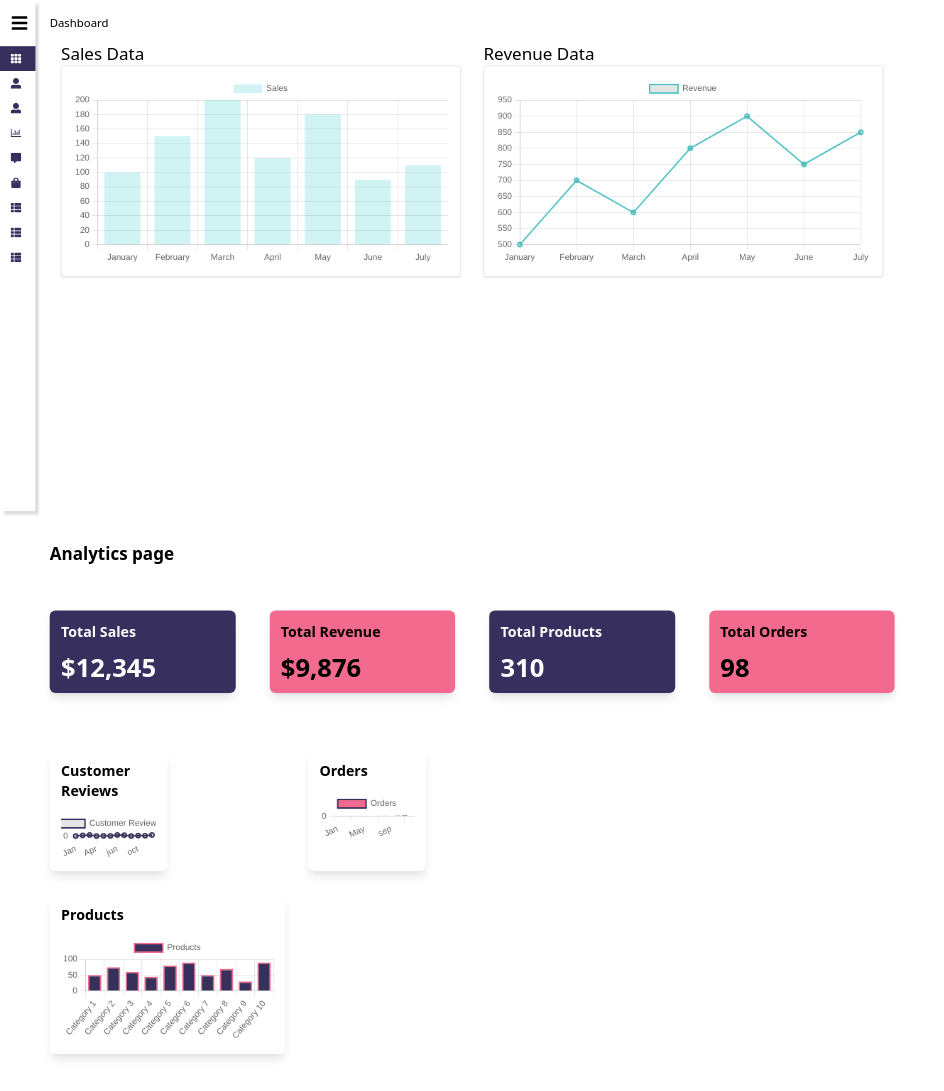
Repository: AndargWorku12/admin-dashboard
Page: /
The author's editor kept a copy of each file at every save. The page is drawn from the files as they stood at one save, then again after the next save.
The browser window is 1280 px wide. The page is 1280 px wide, then 1330 px, so the pictures cover 1330 px, including what lies to the right of the window. The pictures show the whole page, at 71% of full size.
The project was rebuilt for these pictures with package versions that can differ from the ones it lists, and the page was loaded fresh each time. Also part of the build but not shown: src/styles/orders.css, src/pages/OrderTable.tsx, src/pages/OrderModal.tsx, src/pages/Orders.tsx, src/pages/CategoryDropdown.tsx, src/pages/CategoryModal.tsx, src/pages/CategoryPage.tsx, src/styles/login.css and 9 more.

Above is the page before, as saved 2024-02-02 03:05:27.

### src/index.tsx
import { ColorModeScript } from "@chakra-ui/react"
import * as React from "react"
import * as ReactDOM from "react-dom/client"
import App from "./App"
import './index.css'

const container = document.getElementById("root")
if (!container) throw new Error('Failed to find the root element');
const root = ReactDOM.createRoot(container)

root.render(

  <React.StrictMode>
    <ColorModeScript />
    <App />
  </React.StrictMode>,

)

### src/App.tsx

import React, {useState} from 'react';
import { BrowserRouter, Route, Routes } from 'react-router-dom';
import Sidebar from './components/Sidebar';
import Dashboard from './pages/Dashboard';
// import SignUpForm from './pages/LoginPopup'
import Orders from './pages/Orders';
import Category from './pages/CategoryPage';
import Login from './pages/Login'
import Analytics from './pages/Analytics';
import CustemerReview from './pages/CustemerReview';
import ProductList from './pages/ProductList';
import ShopCard from './pages/ShopCard';
import './App.css'
import SignUpForm from './pages/SignUpForm';
import ForgotPassword from './pages/ForgetPassword';
import AnalyticsPage from './pages/Analytics';



type SaleData = {
  date: string;
  amount: number;
};

type RevenueData = {
  month: string;
  revenue: number;
};

type Product = {
    id: string;
    photo: string;
    name: string;
    price: number;
    category: string;
};

type Order = {
    id: string;
    productName: string;
    quantity: number;
    totalPrice: number;

};

type CategoryType = {
  id: string;
  photo:string;
  name: string;
};



// Sample props for components
type DashboardProps = {
  saleData: SaleData[];
  revenueData: RevenueData[];
  // ... other props
};

type AnalyticsProps = {
  salesData: SaleData[];
  // ... other props
};

type ProductProps = {
  products: Product[];
  onUpdate: (productId: string, updatedProduct: Product) => void;

};




type OrderProps = {
  orders: Order[];
  // ... other props
};

type CategoryProps = {
  categories: CategoryType[];
  // ... other props
};







const App: React.FC = () => {


// for the product page to handle
  const [products, setProducts] = useState<Product[]>([


    {
      id: '1',
      photo: 'https://img.ltwebstatic.com/images3_pi/2022/01/10/16417919016a32607182dd11dedeb77e8324b683e8_thumbnail_900x.webp',
      name: 'Product 1',
      price: 29.99,
      category: 'Electronics',
    },
    {
      id: '2',
      photo: 'https://img.ltwebstatic.com/images3_pi/2022/01/10/16417919016a32607182dd11dedeb77e8324b683e8_thumbnail_900x.webp',
      name: 'Product 2',
      price: 49.99,
      category: 'Clothing',
    },
    {
      id: '3',
      photo: 'https://img.ltwebstatic.com/images3_pi/2022/01/10/16417919016a32607182dd11dedeb77e8324b683e8_thumbnail_900x.webp',
      name: 'Product 3',
      price: 9.99,
      category: 'Books',
    },
    {
      id: '4',
      photo: 'https://img.ltwebstatic.com/images3_pi/2022/01/10/16417919016a32607182dd11dedeb77e8324b683e8_thumbnail_900x.webp',
      name: 'Product 4',
      price: 79.99,
      category: 'Home and Kitchen',
    },
    {
      id: '5',
      photo: 'https://img.ltwebstatic.com/images3_pi/2022/01/10/16417919016a32607182dd11dedeb77e8324b683e8_thumbnail_900x.webp',
      name: 'Product 5',
      price: 39.99,
      category: 'Toys',
    },



  ]);

  // Function to handle creating a new product
  const handleCreate = (newProduct: Product) => {
    setProducts((prevProducts) => [...prevProducts, newProduct]);
  };

  // Function to handle updating a product

  const handleUpdate = (productId: string, newName: string, newPrice: number) => {
    setProducts((prevProducts) =>
      prevProducts.map((product) =>
        product.id === productId
          ? { ...product, name: newName, price: newPrice }
          : product
      )
    );
  };



  // Function to handle deleting a product
  const handleDelete = (productId: string) => {
    setProducts((prevProducts) => prevProducts.filter((product) => product.id !== productId));
  };

//  for AnalyticsPage
// for category page


const [categories, setCategories] = useState<CategoryType[]>([
  {
    id: '1',
    photo: 'https://plus.unsplash.com/premium_photo-1661662850226-83c981ed4eba?w=500&auto=format&fit=crop&q=60&ixlib=rb-4.0.3&ixid=M3wxMjA3fDB8MHxzZWFyY2h8MXx8bGFwdG9wJTIwY29tcHV0ZXJ8ZW58MHx8MHx8fDA%3D',
    name: 'Category 1',
  },
  {
    id: '2',
    photo: 'https://plus.unsplash.com/premium_photo-1661662850226-83c981ed4eba?w=500&auto=format&fit=crop&q=60&ixlib=rb-4.0.3&ixid=M3wxMjA3fDB8MHxzZWFyY2h8MXx8bGFwdG9wJTIwY29tcHV0ZXJ8ZW58MHx8MHx8fDA%3D',
    name: 'Category 2',
  },
  {
    id: '3',
    photo: 'https://plus.unsplash.com/premium_photo-1661662850226-83c981ed4eba?w=500&auto=format&fit=crop&q=60&ixlib=rb-4.0.3&ixid=M3wxMjA3fDB8MHxzZWFyY2h8MXx8bGFwdG9wJTIwY29tcHV0ZXJ8ZW58MHx8MHx8fDA%3D',
    name: 'Category 3',
  },
  {
    id: '4',
    photo: 'https://plus.unsplash.com/premium_photo-1661662850226-83c981ed4eba?w=500&auto=format&fit=crop&q=60&ixlib=rb-4.0.3&ixid=M3wxMjA3fDB8MHxzZWFyY2h8MXx8bGFwdG9wJTIwY29tcHV0ZXJ8ZW58MHx8MHx8fDA%3D',
    name: 'Category 4',
  },

]);

// Function to handle creating a new category
// const handleCreateCategory = (newCategory: CategoryType) => {
//   setCategories((prevCategories) => [...prevCategories, newCategory]);
// };
const handleCreateCategory = (newCategory: CategoryType) => {
  // Add the new category to the list of categories
  setCategories((prevCategories) => [...prevCategories, newCategory]);
};

const handleUpdateCategory = (categoryId: string, newName: string) => {
  setCategories((prevCategories) =>
    prevCategories.map((category) =>
      category.id === categoryId ? { ...category, name: newName } : category
    )
  );
};

// Function to handle deleting a category
const handleDeleteCategory = (categoryId: string) => {
  setCategories((prevCategories) => prevCategories.filter((category) => category.id !== categoryId));
};

  const saleData: SaleData[] = [
    { date: '2022-01-01', amount: 100 },
    { date: '2022-01-02', amount: 150 },
    { date: '2022-01-03', amount: 200 },
    { date: '2022-01-04', amount: 120 },
    { date: '2022-01-05', amount: 180 },
    { date: '2022-01-06', amount: 90 },
    { date: '2022-01-07', amount: 110 },
    { date: '2022-01-08', amount: 130 },
    { date: '2022-01-09', amount: 170 },
    { date: '2022-01-10', amount: 160 },
  ];

  const revenueData: RevenueData[] = [
    { month: 'January', revenue: 500 },
    { month: 'February', revenue: 700 },
    { month: 'March', revenue: 600 },
    { month: 'April', revenue: 800 },
    { month: 'May', revenue: 900 },
    { month: 'June', revenue: 750 },
    { month: 'July', revenue: 850 },
    { month: 'August', revenue: 950 },
    { month: 'September', revenue: 700 },
    { month: 'October', revenue: 850 },
  ];


   const [orders, setOrders] = useState<Order[]>([
    {
      id: '1',
      productName: 'Laptop',
      quantity: 2,
      totalPrice: 2000,
    },
    {
      id: '2',
      productName: 'Smartphone',
      quantity: 3,
      totalPrice: 1200,
    },
    {
      id: '3',
      productName: 'Headphones',
      quantity: 1,
      totalPrice: 100,
    },
    {
      id: '4',
      productName: 'Camera',
      quantity: 1,
      totalPrice: 800,
    },

   ]);

  // Function to create a new order
  const handleCreateOrder = (newOrder: Order) => {
    setOrders((prevOrders) => [...prevOrders, newOrder]);
  };

  // Function to delete an order
  const handleDeleteOrder = (orderId: string) => {
    const updatedOrders = orders.filter(order => order.id !== orderId);
    setOrders(updatedOrders);
  };

  // Function to update an order
  const handleUpdateOrder = (orderId: string, updatedOrder: Order) => {
    // Placeholder implementation: Updating the order in the list
    setOrders((prevOrders) =>
      prevOrders.map((order) =>
        order.id === orderId ? { ...order, ...updatedOrder } : order
      )
    );
  };

  return (
    <div>
    <BrowserRouter>
    <Sidebar>
      <Routes>
        <Route path="/" element={<Dashboard saleData={saleData} revenueData={revenueData}  />} />
        <Route path="/dashboard" element={<Dashboard saleData={saleData} revenueData={revenueData}  />} />
       <Route path="/login" element={<Login/>}/>
       <Route path='/forget-password' element={<ForgotPassword/>}/>
        <Route path="/signup" element={<SignUpForm />} />
        <Route path="/review"element={<CustemerReview username="John" joinedDate="2022-01-01" reviewDate="2022-01-15" reviewText="Lorem ipsum" />}
/>

        <Route path="/analytics" element={<Analytics  />} />
        <Route
  path="/product"
  element={<ProductList />}
/>
        <Route path="/shop" element={<ShopCard />} />
        <Route
        path="/orders"
        element={
          <Orders
/>
        }
      />

        <Route
            path="/category"
            element={<Category />}
          />

      </Routes>
    </Sidebar>
  </BrowserRouter>
  </div>
  );
};

export default App;

### src/components/Sidebar.tsx
import React, { useState } from 'react';
import ReactNode from "react";
import {
    FaTh,
    FaBars,
    FaUserAlt,
    FaRegChartBar,
    FaCommentAlt,
    FaShoppingBag,
    FaThList
} from 'react-icons/fa';
import { NavLink, NavLinkProps } from 'react-router-dom';



interface MenuItem {
    path: string;
    name: string;
    icon: JSX.Element;
}

interface SidebarProps {
  children: React.ReactNode;
}
    const Sidebar: React.FC<React.PropsWithChildren<{}>> = ({ children }) => {
    const [isOpen, setIsOpen] = useState(false);

    const toggle = () => setIsOpen(!isOpen);

    const menuItems: MenuItem[] = [
        {
            path: '/',
            name: 'Dashboard',
            icon: <FaTh />,
        },
        {
            path: '/login',
            name: 'Login',
            icon: <FaUserAlt />,
        },
        {
          path: '/signup',
          name: 'Register form',
          icon: <FaUserAlt />,
      },
        {
            path: '/analytics',
            name: 'Analytics',
            icon: <FaRegChartBar />,
        },
        {
            path: '/review',
            name: 'CustemerReview',
            icon: <FaCommentAlt />,
        },
        {
            path: '/product',
            name: 'Product',
            icon: <FaShoppingBag />,
        },
        {
            path: '/category',
            name: 'Category List',
            icon: <FaThList />,
        },
        {
          path: '/orders',
          name: 'Orders',
          icon: <FaThList />,
      },
      {
        path: '/shop',
        name: 'Sample product',
        icon: <FaThList />,
    },
    ];

    return (
        <div className="container">
            <div style={{ width: isOpen ? '200px' : '50px' }} className="sidebar">
                <div className="top_section">
                    <h1 style={{ display: isOpen ? 'block' : 'none' }} className="logo">
                        Logo
                    </h1>
                    <div style={{ marginLeft: isOpen ? '50px' : '0px' }} className="bars">
                        <FaBars onClick={toggle} />
                    </div>
                </div>
                {menuItems.map((item, index) => (
                    <NavLink to={item.path} key={index} className="link"
                    //  activeClassName="active"
                     >
                        <div className="icon">{item.icon}</div>
                        <div style={{ display: isOpen ? 'block' : 'none' }} className="link_text text-sm">
                            {item.name}
                        </div>
                    </NavLink>
                ))}
            </div>
            <main>{children}</main>
        </div>
    );
};

export default Sidebar;

### src/pages/Dashboard.tsx
import React from 'react';
import { Bar, Line } from 'react-chartjs-2';
import {
  Chart as ChartJS,
  CategoryScale,
  LinearScale,
  BarElement,
  PointElement,
  LineElement,
  Title,
  Tooltip,
  Legend,
} from 'chart.js';
import AnalyticsPage from './Analytics';

ChartJS.register(
  CategoryScale,
  LinearScale,
  BarElement,
  PointElement,
  LineElement,
  Title,
  Tooltip,
  Legend
);
// import Chart from 'chart.js/auto';
// Assuming saleData and revenueData are custom types
type SaleData = {
  date: string;
  amount: number;
};

type RevenueData = {
  month: string;
  revenue: number;
};

interface DashboardProps {
  saleData: SaleData[];
  revenueData: RevenueData[];
}

const Dashboard: React.FC<DashboardProps> = ({ saleData, revenueData }) => {
  const barChartData = {
    labels: ['January', 'February', 'March', 'April', 'May', 'June', 'July'],
    datasets: [
      {
        label: 'Sales',
        data: saleData.map((data) => data.amount),
        backgroundColor: 'rgba(34,192,192,0.2)',



      },
    ],
  };

  const lineChartData = {
    labels: ['January', 'February', 'March', 'April', 'May', 'June', 'July'],
    datasets: [
      {
        label: 'Revenue',
        data: revenueData.map((data) => data.revenue),
        fill: false,
        borderColor: 'rgba(75,192,192,1)',
        borderWidth: 2,
        //some thing


      },
    ],
  };

  return (
    <div>
      <h2>Dashboard</h2>
<div className="flex h-screen">
      <div className="flex-1 max-w-screen-md p-4">
        <h3 className="text-2xl">Sales Data</h3>
        <div className="border p-4 bg-white rounded shadow">
        <Bar data={barChartData} />
      </div>
      </div>

      <div className="flex-1 max-w-screen-md p-4">
        <h3 className="text-2xl">Revenue Data</h3>
        <div className="border p-4 bg-white rounded shadow" >
        <Line data={lineChartData} />
        </div>
      </div>
      </div>
      <div>
      <AnalyticsPage/>
      </div>
    </div>
  );
};

export default Dashboard;











// import React from 'react';
// import { Bar, Line } from 'react-chartjs-2';

// interface DashboardProps {
//   saleData: saleData[];
//   revenueData: revenueData[];
// }

// const Dashboard: React.FC<DashboardProps> = ({ saleData, revenueData }) => {
//   const barChartData = {
//     labels: ['January', 'February', 'March', 'April', 'May', 'June', 'July'],
//     datasets: [
//       {
//         label: 'Sales',
//         data: saleData,
//         backgroundColor: 'rgba(75,192,192,0.2)',
//         borderColor: 'rgba(75,192,192,1)',
//         borderWidth: 1,
//       },
//     ],
//   };

//   const lineChartData = {
//     labels: ['January', 'February', 'March', 'April', 'May', 'June', 'July'],
//     datasets: [
//       {
//         label: 'Revenue',
//         data: revenueData,
//         fill: false,
//         borderColor: 'rgba(75,192,192,1)',
//         borderWidth: 2,
//       },
//     ],
//   };

//   return (
//     <div>
//       <h2>Dashboard</h2>

//       <div>
//         <h3>Sales Data</h3>
//         <Bar data={barChartData} />
//       </div>

//       <div>
//         <h3>Revenue Data</h3>
//         <Line data={lineChartData} />
//       </div>
//     </div>
//   );
// };

// export default Dashboard;

### src/pages/Analytics.tsx

// Install dependencies:
// npm install react-chartjs-2 chart.js

import React from 'react';
import { Bar, Line } from 'react-chartjs-2';
import '../styles/analytics.css'
const AnalyticsPage: React.FC = () => {
  // Sample data
  const customerReviewData = {
    labels: ['Jan', 'Feb', 'Mar', 'Apr', 'May', 'Jun','jun','agu','sep','oct','nov','dec'],
    datasets: [
      {
        label: 'Customer Reviews',
        data: [5, 70, 100, 8, 12, 15,98,78,5,56,37,99],
        borderColor: '#37305A',
        borderWidth: 2,
        fill: false,
      },
    ],
  };

  const ordersData = {
    labels: ['Jan', 'Feb', 'Mar', 'Apr', 'May', 'Jun','jun','agu','sep','oct','nov','dec'],
    datasets: [
      {
        label: 'Orders',
        data: [20, 25, 18, 30, 22, 28,40,50,30,70,80,34],
        backgroundColor: '#F26A8D',
        borderColor: '#37305A',
        borderWidth: 2,
      },
    ],
  };

  const productsData = {
    labels: ['Category 1', 'Category 2', 'Category 3', 'Category 4', 'Category 5','Category 6','Category 7','Category 8','Category 9','Category 10'],
    datasets: [
      {
        label: 'Products',
        data: [50, 75, 60, 45, 80,90,50,70,30,90],
        backgroundColor: '#37305A',
        borderColor: '#F26A8D',
        borderWidth: 2,

      },
    ],
  };

  return (
    <>
    <h2 className='text-black font-bold text-2xl mb-16'>Analytics page</h2>

    <div className="col-span-4 md:col-span-2 lg:col-span-1 flex justify-between gap-8 mb-20 ">
          <div className="card1 p-4 rounded-lg shadow-lg flex-1 mr-4">
            <h2 className="text-xl font-bold mb-4">Total Sales</h2>
            <p className="text-4xl font-bold">$12,345</p>
          </div>
                {/* <div className='gap-8 col-span-3 md:col-span-2 lg:col-span-1 flex justify-between w-48'> */}
          <div className=" card2 p-4 rounded-lg shadow-lg flex-1 mr-4">
            <h2 className="text-xl font-bold mb-4">Total Revenue</h2>
            <p className="text-4xl font-bold">$9,876</p>
          </div>



          <div className="card1 p-4 rounded-lg shadow-lg flex-1 mr-4">
            <h2 className="text-xl font-bold mb-4">Total Products</h2>
            <p className="text-4xl font-bold">310</p>
          </div>


          <div className="card2 p-4 rounded-lg shadow-lg flex-1">
            <h2 className="text-xl font-bold mb-4">Total Orders</h2>
            <p className="text-4xl font-bold">98</p>
          </div>
          {/* <div className="bg-white p-4 rounded-lg shadow-lg flex-1">
            <h2 className="text-xl font-bold mb-4">Total Categories</h2>
            <p className="text-4xl font-bold">15</p>
          </div> */}
          {/* </div> */}
        </div>
    <div className="container mx-auto my-8 ">

      <div className="grid grid-cols-1 md:grid-cols-1 lg:grid-cols-2 gap-8">
        {/* Customer Reviews Chart */}
        <div className=" customer bg-white p-4 rounded-lg shadow-lg ">
          <h2 className="text-xl font-bold mb-4">Customer Reviews</h2>
          <Line data={customerReviewData} />
        </div>

        {/* Orders Chart */}
        <div className=" orders bg-white p-4 rounded-lg shadow-lg">
          <h2 className="text-xl font-bold mb-4">Orders</h2>
          <Bar data={ordersData} />
        </div>

        {/* Products Chart */}
        <div className=" product bg-white p-4 rounded-lg shadow-lg ">
          <h2 className="text-xl font-bold mb-4">Products</h2>
          <Bar data={productsData} />
        </div>

        {/* Total Metrics Cards */}
        {/* <div className='col-span-3 md:col-span-2 lg:col-span-1 flex justify-between gap-10'> */}


        {/* <div className="col-span-3 md:col-span-2 lg:col-span-1 flex justify-between gap-8 w-48">
          <div className="bg-white p-4 rounded-lg shadow-lg flex-1 mr-4">
            <h2 className="text-xl font-bold mb-4">Total Reviews</h2>
            <p className="text-4xl font-bold">135</p>
          </div>




        </div> */}


        {/* </div> */}
      </div>
    </div>
    </>
  );
};

export default AnalyticsPage;

### src/App.css
* {
    margin: 0;
    padding: 0;
    text-decoration: none;
    /* background: #fff; */
    /* color: #fff; */
    /* background: #0e1630 */
    /* background-color: #0e1630; */
}

.container {
    display: flex;
}

main {
    width: 100%;
    padding: 20px;
}

.sidebar {
    background: #fff;
    /* background: #0e1630; */
    box-shadow: 5px 5px 4px rgb(212, 212, 212);
    color: #000;
    height: 100vh;
    width: 200px;
    transition: all 0.5s;
}

.top_section {
    display: flex;
    align-items: center;
    padding: 20px 15px;
}

.logo {
    font-size: 30px;
}

.bars {
    display: flex;
    font-size: 25px;
    margin-left: 50px;
}

.link {
    display: flex;
    color: #37305F;
    padding: 10px 15px;
    gap: 15px;
    transition: all 0.5s;
}

.link:hover {
    background: #37305F;
    color: #fff;
    transition: all 0.5s;
}

.active {
    background: #37305F;
    color: #fff;
}

.icon,
.link_text {
    font-size: 15px;
}

### src/styles/analytics.css
.card1 {
    background: #37305F;
    color: #fff;
}

.card2 {
    background: #F26A8D;
    color: black;
}

.customer {
    width: 50%;
}

.orders {
    width: 50%;
}

Loaded but not shown: public/index.html (common file); src/index.css (common file); tailwind.config.js (common file)

After the next save:
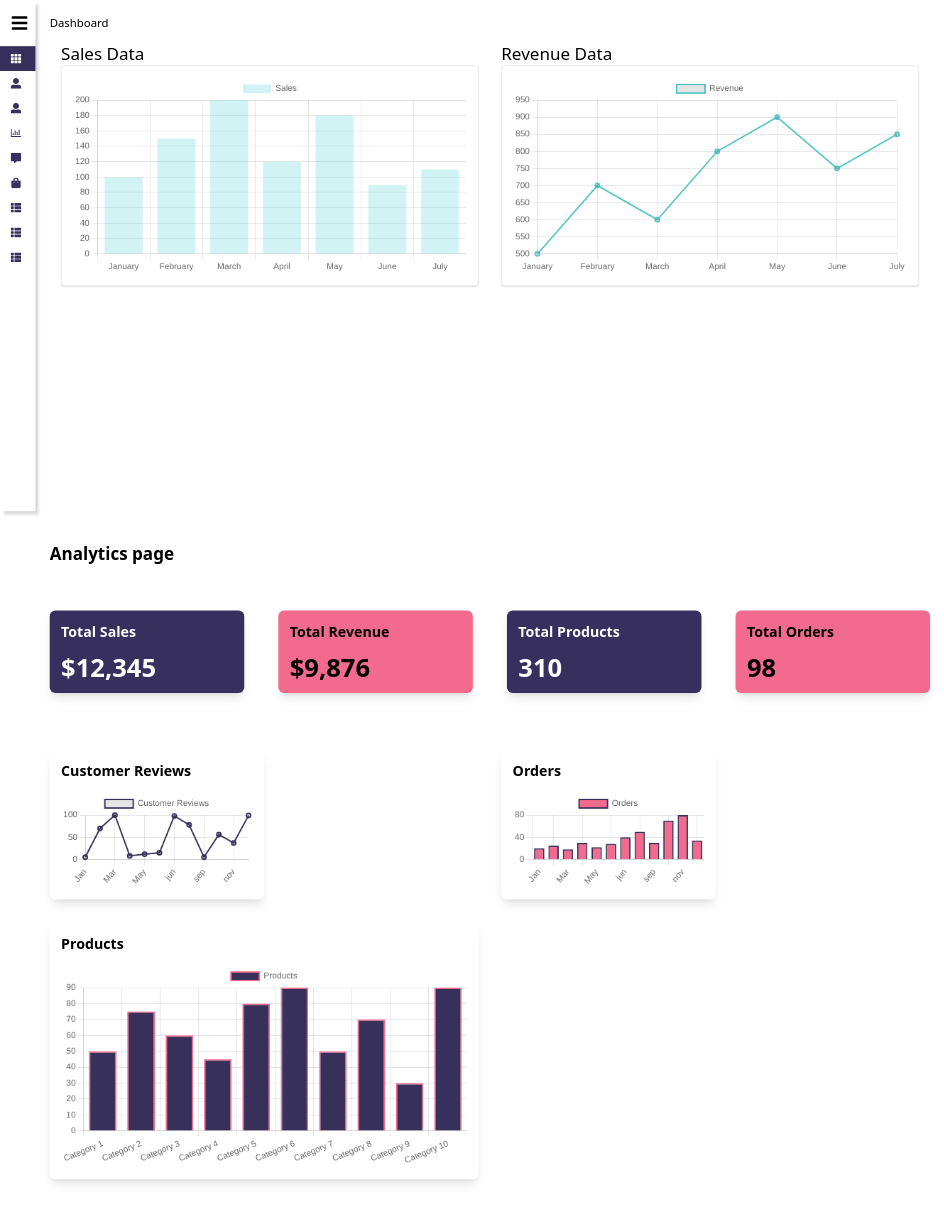
Saved 58 s later.
--- a/src/pages/Analytics.tsx
+++ b/src/pages/Analytics.tsx
@@ -82,7 +82,7 @@ const AnalyticsPage: React.FC = () => {
         </div>
     <div className="container mx-auto my-8 ">
 
-      <div className="grid grid-cols-1 md:grid-cols-1 lg:grid-cols-2 gap-8">
+      <div className="grid grid-cols-1 md:grid-cols-1 lg:grid-cols-2 gap-8 w-screen">
         {/* Customer Reviews Chart */}
         <div className=" customer bg-white p-4 rounded-lg shadow-lg ">
           <h2 className="text-xl font-bold mb-4">Customer Reviews</h2>
